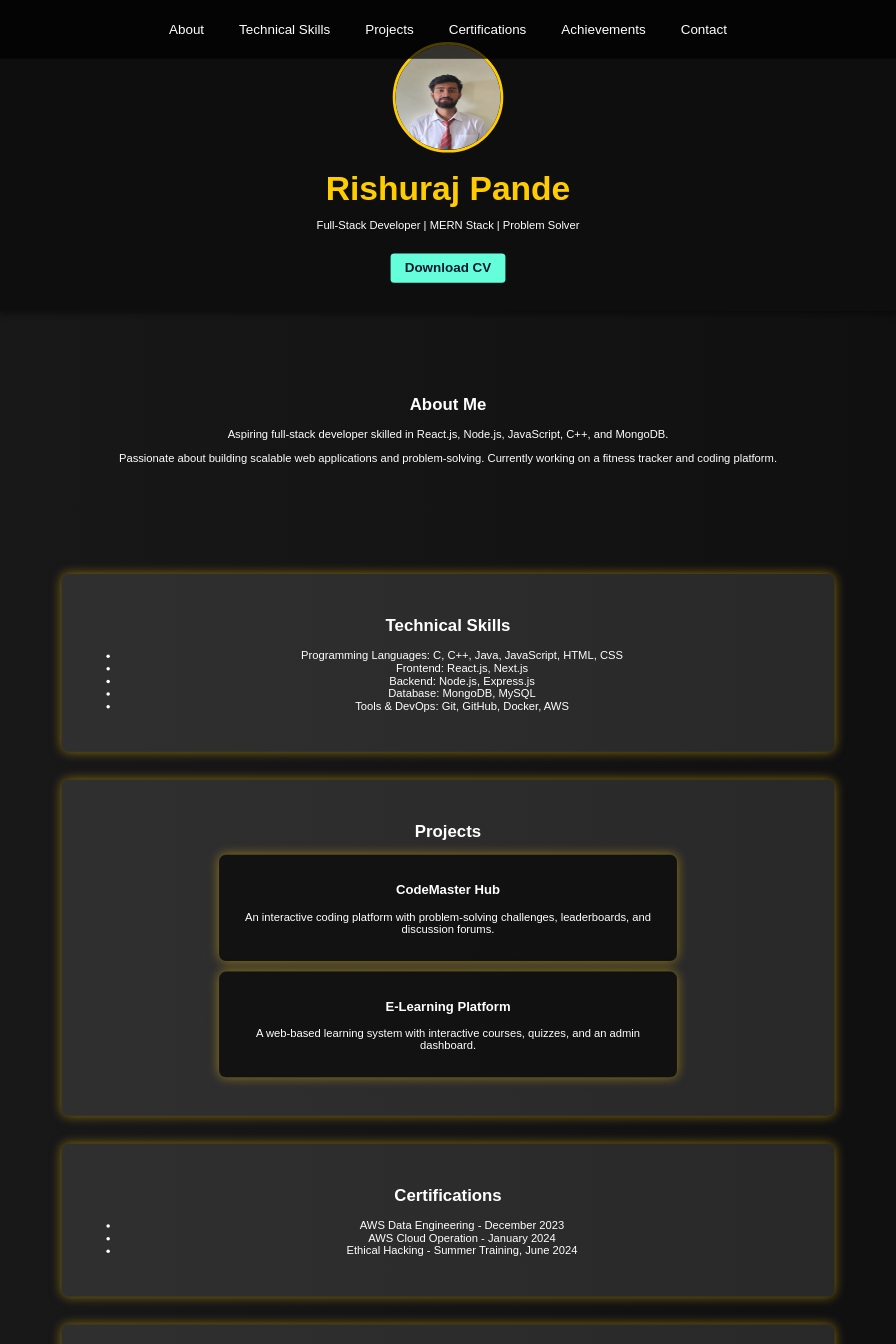
Repository: Rishuraj-Pandey/portfolio
Page: index.html
An editor plug-in stored every save of this project. The page is shown before and after the next save, followed by the edit.
The browser window is 1280 px wide. The pictures show the part of the page from y = 0 to 1920 px (the page is 2848 px tall before and 2960 px after), at 70% of full size.

Above is the page before, as saved 2025-03-24 09:53:52.

After the next save:
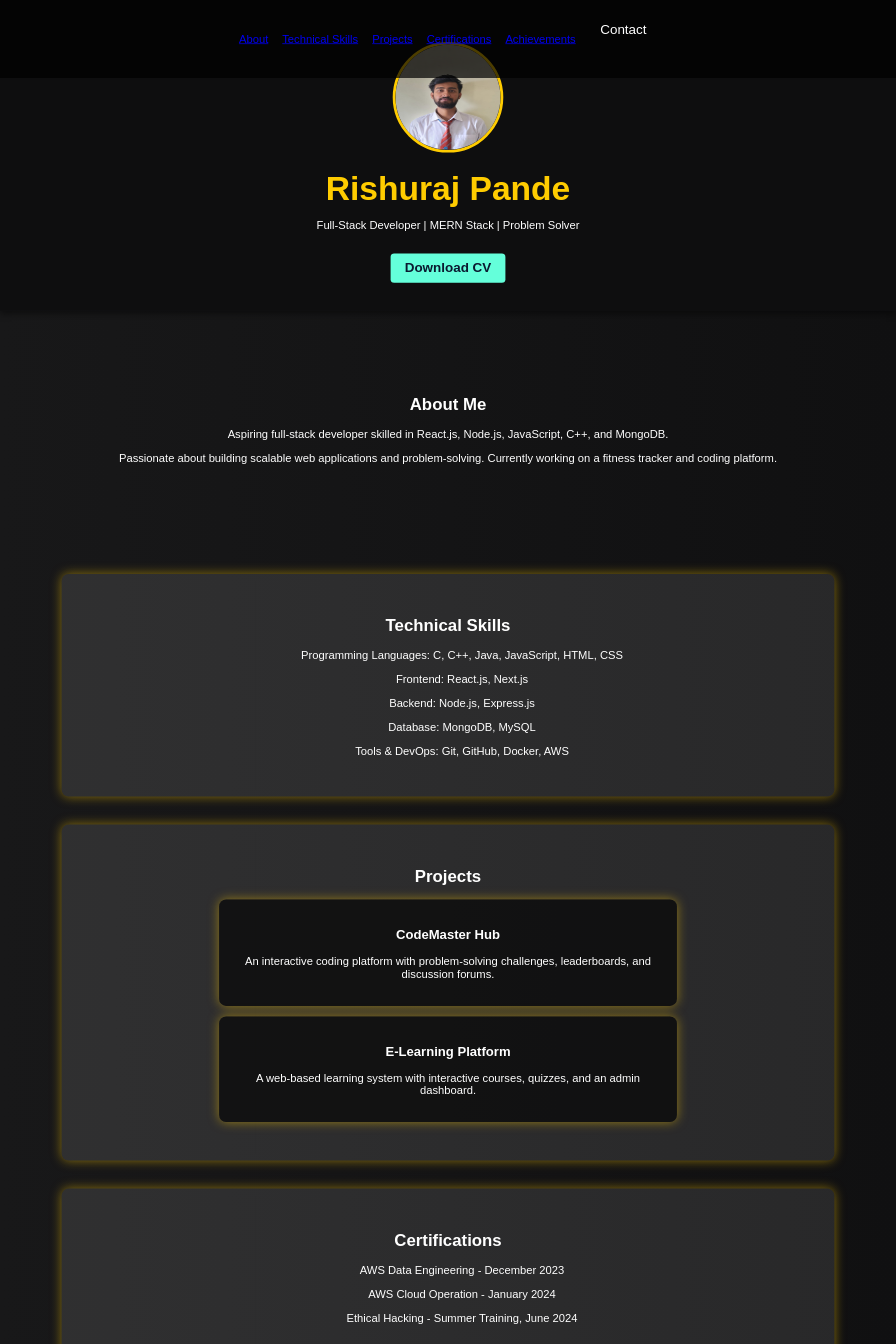
Saved 42 s later.
--- a/index.html
+++ b/index.html
@@ -16,11 +16,11 @@
 
     <nav>
         <ul>
-            <li><a href="#about">About</a></li>
-            <li><a href="#tech">Technical Skills</a></li>
-            <li><a href="#projects">Projects</a></li>
-            <li><a href="#certifications">Certifications</a></li>
-            <li><a href="#achievements">Achievements</a></li>
+            <p><a href="#about">About</a></p>
+            <p><a href="#tech">Technical Skills</a></p>
+            <p><a href="#projects">Projects</a></p>
+            <p><a href="#certifications">Certifications</a></p>
+            <p><a href="#achievements">Achievements</a></p>
             <li><a href="#contact">Contact</a></li>
         </ul>
     </nav>
@@ -34,11 +34,11 @@
     <section class="tech" id="tech">
         <h2>Technical Skills</h2>
         <ul>
-            <li>Programming Languages: C, C++, Java, JavaScript, HTML, CSS</li>
-            <li>Frontend: React.js, Next.js</li>
-            <li>Backend: Node.js, Express.js</li>
-            <li>Database: MongoDB, MySQL</li>
-            <li>Tools & DevOps: Git, GitHub, Docker, AWS</li>
+            <p>Programming Languages: C, C++, Java, JavaScript, HTML, CSS</p>
+            <p>Frontend: React.js, Next.js</p>
+            <p>Backend: Node.js, Express.js</p>
+            <p>Database: MongoDB, MySQL</p>
+            <p>Tools & DevOps: Git, GitHub, Docker, AWS</p>
         </ul>
     </section>
 
@@ -57,17 +57,17 @@
     <section class="certifications" id="certifications">
         <h2>Certifications</h2>
         <ul>
-            <li>AWS Data Engineering - December 2023</li>
-            <li>AWS Cloud Operation - January 2024</li>
-            <li>Ethical Hacking - Summer Training, June 2024</li>
+            <p>AWS Data Engineering - December 2023</p>
+            <p>AWS Cloud Operation - January 2024</p>
+            <p>Ethical Hacking - Summer Training, June 2024</p>
         </ul>
     </section>
 
     <section class="achievements" id="achievements">
         <h2>Academic Achievements</h2>
         <ul>
-            <li>Secured 5-Star Badge in C++ & Problem-Solving on HackerRank</li>
-            <li>Ranked 6th in National Science Day Coding Competition (200+ participants)</li>
+            <p>Secured 5-Star Badge in C++ & Problem-Solving on HackerRank</p>
+            <p>Ranked 6th in National Science Day Coding Competition (200+ participants)</p>
         </ul>
     </section>
 
